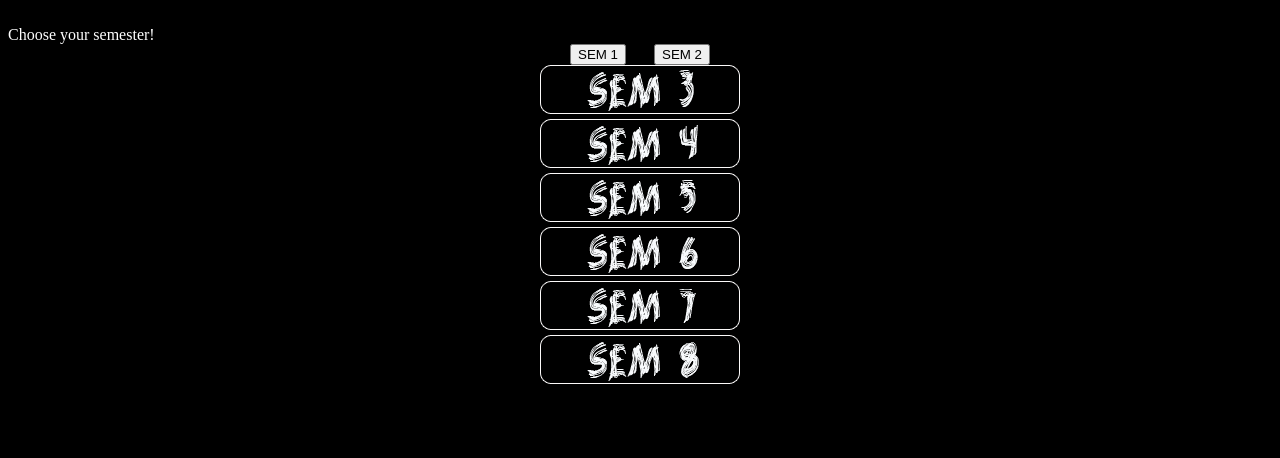
Repository: vigineshs/Mobile-Applications
Page: AnnaUniv GPA Calc/AnnaUniv GPA Calculator w/assets/www/reg08me.html
These files come from the project's save history. The page is drawn as it stood at one moment and after the next save; the edit follows.
The browser window is 1280 px wide. The pictures show the whole page.

Above is the page before, as saved 2012-05-06 03:31:43.

### AnnaUniv GPA Calc/AnnaUniv GPA Calculator w/assets/www/reg08me.html
<!DOCTYPE HTML>
<html>
<head>
<title>GPA</title>
<script type="text/javascript" charset="utf-8" src="/AnnaUniv GPA Calculator/assets/www/cordova-1.7.0.js"></script>

</head>
<body style="background-color:black; color:white" >
<br /> Choose your semester! <br /> <center>
<a href="ece08sem1.html"><input type="button" value="SEM 1" /></a>&nbsp;&nbsp;&nbsp;&nbsp;&nbsp;&nbsp;
<a href="mec08sem2.html"><input type="button" value="SEM 2" /></a><br />
<a href="mec08sem3.html" onmouseover="document.conts.src='sem3.png'" onclick="document.conts.src='sem3.png'" onMouseOut="document.conts.src='sem31.png'" ><img src="sem31.png" name="conts" border="0" /></a><br />
<a href="mec08sem4.html" onmouseover="document.contz.src='sem4.png'" onclick="document.contz.src='sem4.png'" onMouseOut="document.contz.src='sem41.png'" ><img src="sem41.png" name="contz" border="0" /></a><br />
<a href="mec08sem5.html" onmouseover="document.contx.src='sem5.png'" onclick="document.contx.src='sem5.png'" onMouseOut="document.contx.src='sem51.png'" ><img src="sem51.png" name="contx" border="0" /></a><br />
<a href="mec08sem6.html" onmouseover="document.contq.src='sem6.png'" onclick="document.contq.src='sem6.png'" onMouseOut="document.contq.src='sem61.png'" ><img src="sem61.png" name="contq" border="0" /></a><br />
<a href="mec08sem7.html" onmouseover="document.contw.src='sem7.png'" onclick="document.contw.src='sem7.png'" onMouseOut="document.contw.src='sem71.png'" ><img src="sem71.png" name="contw" border="0" /></a><br />
<a href="mec08sem8.html" onmouseover="document.contd.src='sem8.png'" onclick="document.contd.src='sem8.png'" onMouseOut="document.contd.src='sem81.png'" ><img src="sem81.png" name="contd" border="0" /></a><br />
</center>
</body>
</html>

Loaded but not shown: AnnaUniv GPA Calc/AnnaUniv GPA Calculator w/assets/www/cordova-1.7.0.js (library)

After the next save:
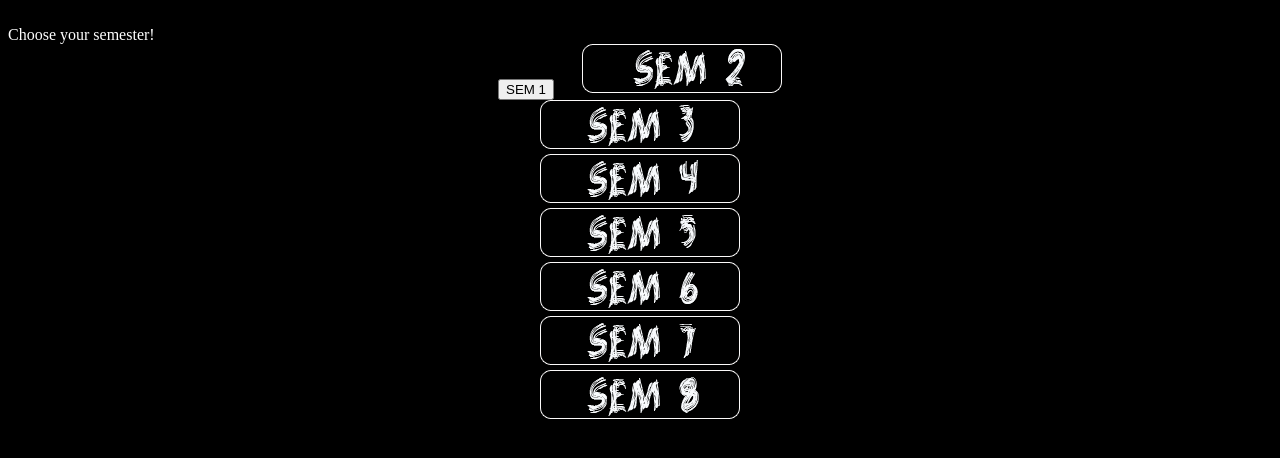
Saved 17 s later.
--- a/AnnaUniv GPA Calc/AnnaUniv GPA Calculator w/assets/www/reg08me.html
+++ b/AnnaUniv GPA Calc/AnnaUniv GPA Calculator w/assets/www/reg08me.html
@@ -8,7 +8,7 @@
 <body style="background-color:black; color:white" >
 <br /> Choose your semester! <br /> <center>
 <a href="ece08sem1.html"><input type="button" value="SEM 1" /></a>&nbsp;&nbsp;&nbsp;&nbsp;&nbsp;&nbsp;
-<a href="mec08sem2.html"><input type="button" value="SEM 2" /></a><br />
+<a href="mec08sem2.html" onmouseover="document.conta.src='sem2.png'" onclick="document.conta.src='sem2.png'" onMouseOut="document.conta.src='sem21.png'" ><img src="sem21.png" name="conta" border="0" /></a><br />
 <a href="mec08sem3.html" onmouseover="document.conts.src='sem3.png'" onclick="document.conts.src='sem3.png'" onMouseOut="document.conts.src='sem31.png'" ><img src="sem31.png" name="conts" border="0" /></a><br />
 <a href="mec08sem4.html" onmouseover="document.contz.src='sem4.png'" onclick="document.contz.src='sem4.png'" onMouseOut="document.contz.src='sem41.png'" ><img src="sem41.png" name="contz" border="0" /></a><br />
 <a href="mec08sem5.html" onmouseover="document.contx.src='sem5.png'" onclick="document.contx.src='sem5.png'" onMouseOut="document.contx.src='sem51.png'" ><img src="sem51.png" name="contx" border="0" /></a><br />
